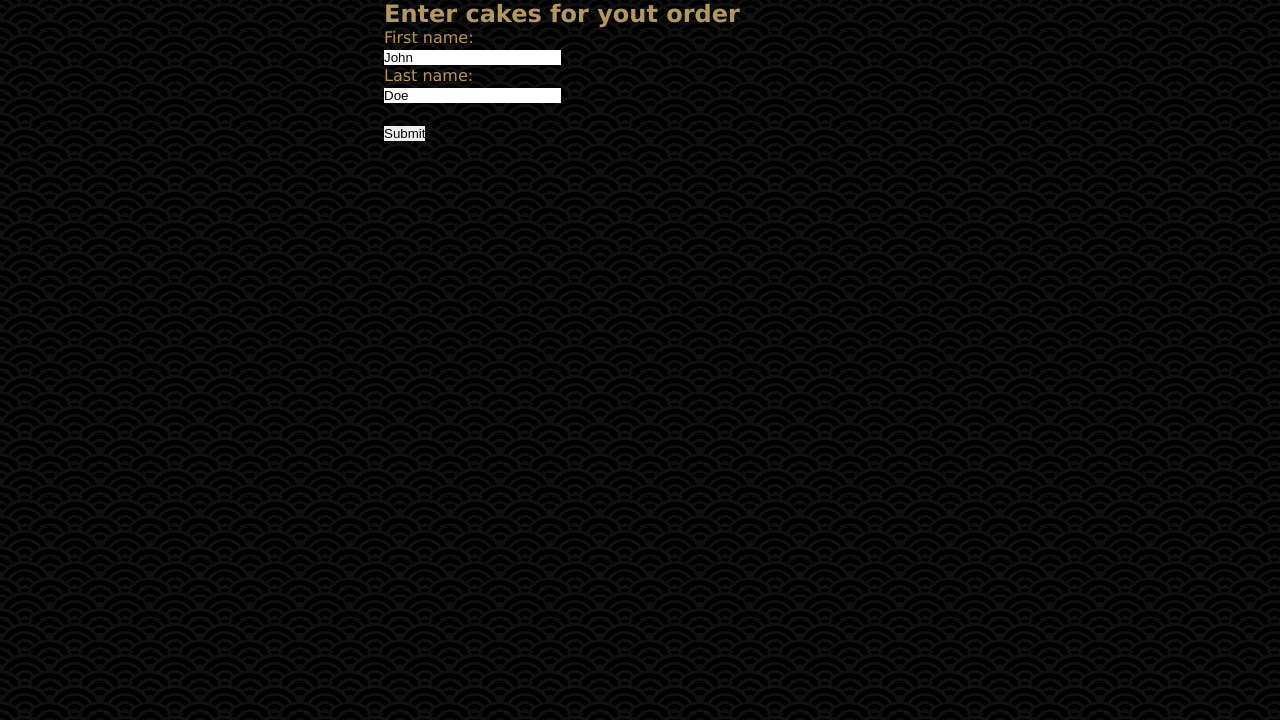
Repository: roge64/htmlfrontend
Page: orders.html
An editor plug-in stored every save of this project. The page is shown before and after the next save, followed by the edit.
The browser window is 1280 px wide. The pictures show the whole page.

Above is the page before, as saved 2022-03-04 14:53:21.

After the next save:
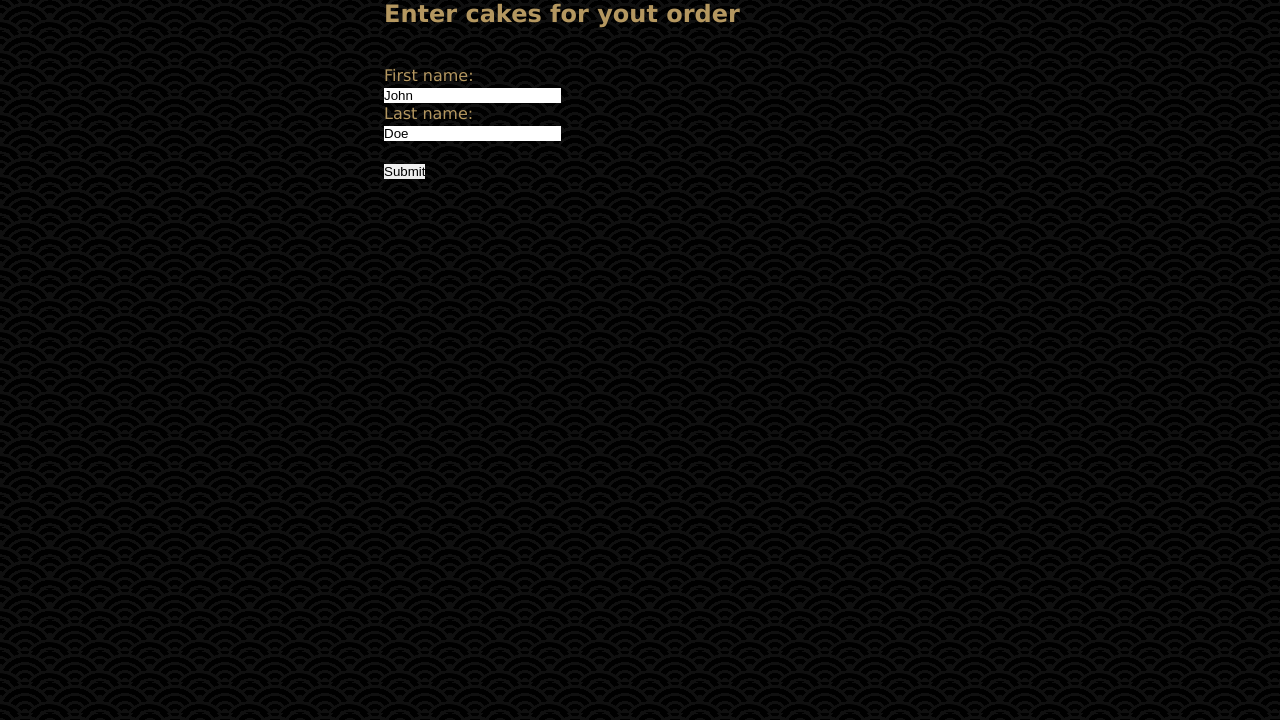
Saved 18 s later.
--- a/orders.html
+++ b/orders.html
@@ -11,7 +11,7 @@
 <body>
 
     <h2 style="color:#b49760"> Enter cakes for yout order</h2>
-    <h2></h2>
+    <br>    </br>
 
     <form action="/action_page.php" style="color:#b49760">
       <label for="fname">First name:</label><br>
